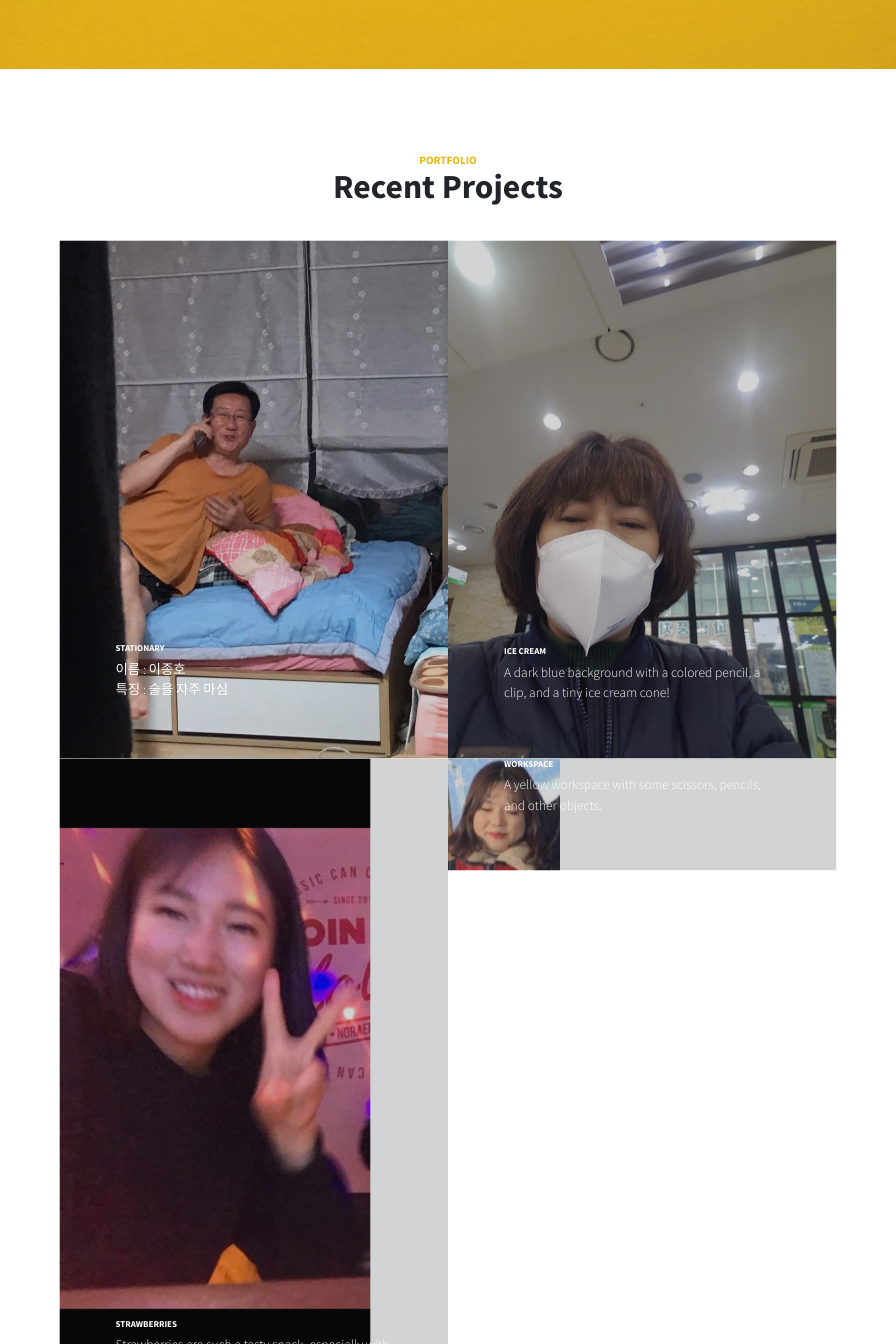
Repository: seungminlll3420/ruby_on_rails
Page: 가족/index.html
The author's editor kept a record of every edit. The page is drawn from the files as they stood at one moment, then again after the next edit.
The browser window is 1280 px wide. The pictures show the part of the page from y = 622 to 2542 px (the page is 3925 px tall), at 70% of full size.

Above is the page before.

After the next edit:
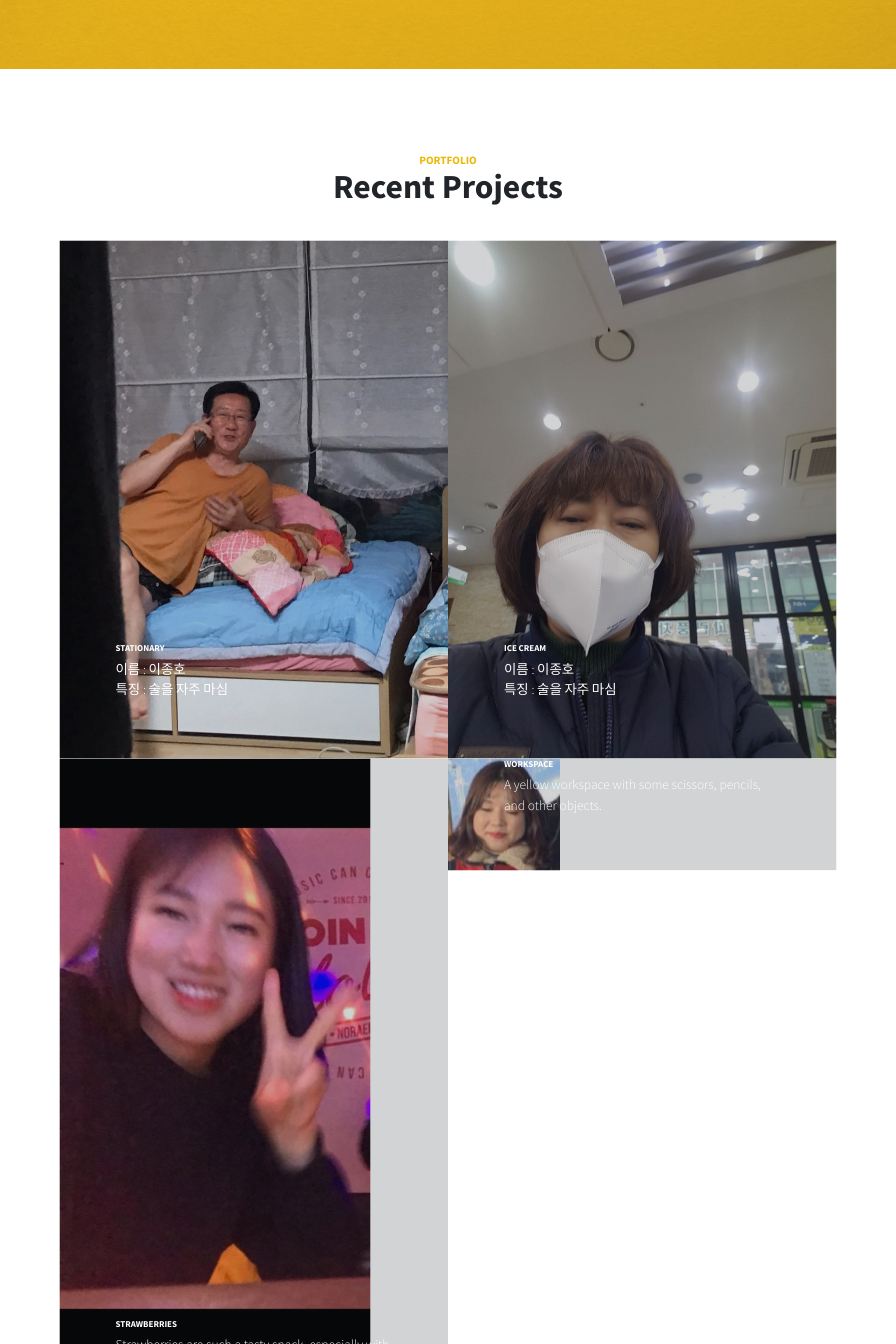
The edit:
--- a/가족/index.html
+++ b/가족/index.html
@@ -98,7 +98,8 @@
             <span class="caption">
               <span class="caption-content">
                 <h2>Ice Cream</h2>
-                <p class="mb-0">A dark blue background with a colored pencil, a clip, and a tiny ice cream cone!</p>
+                <p class="mb-0">이름 : 이종호</p>
+                <p class="mb-1"> 특징 : 술을 자주 마심</p>
               </span>
             </span>
             <img class="img-fluid" src="./../img/길숙희.jpg" alt="">
